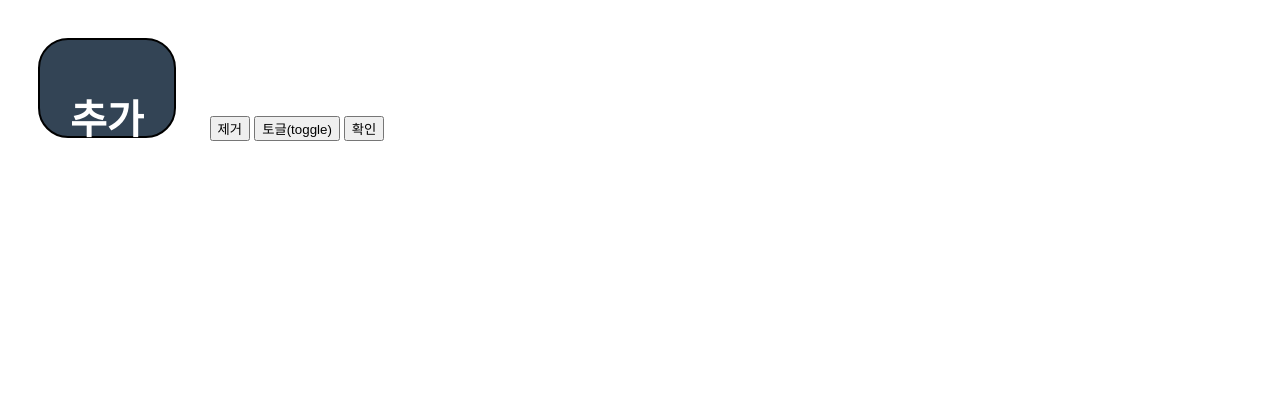
Repository: SeungjaeYu/webstudy
Page: webstudy/14_javascript/ch07_style/test04.html
The author's editor kept a copy of each file at every save. The page is drawn from the files as they stood at one save, then again after the next save.
The browser window is 1280 px wide. The pictures show the whole page.
After loading, the first visible `button.a` was clicked once.

Above is the page before, as saved 2019-10-01 11:34:51.

After the next save:
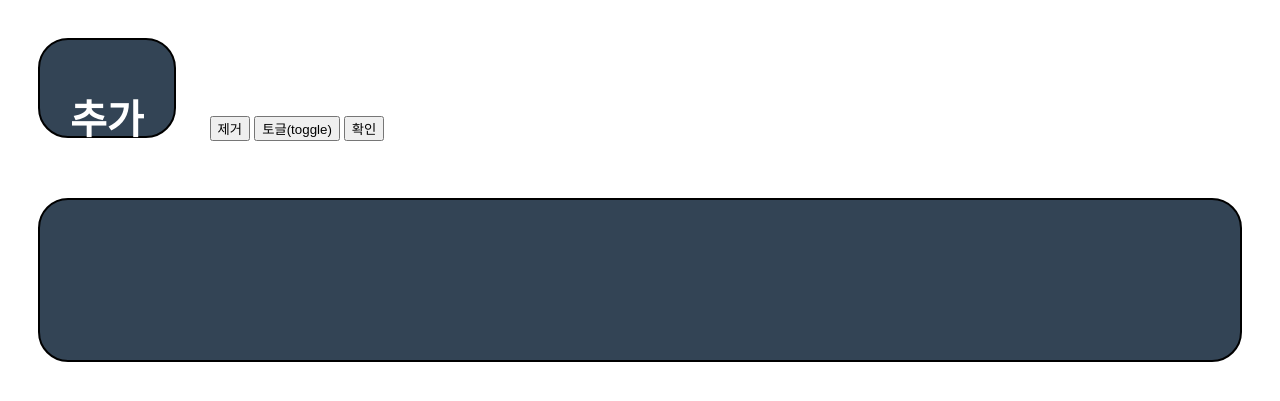
Saved 12 s later.
--- a/webstudy/14_javascript/ch07_style/test04.html
+++ b/webstudy/14_javascript/ch07_style/test04.html
@@ -37,7 +37,7 @@
     <script>
         let divEle = document.querySelector("#result");
         function addClass() {
-            divEle.classList.add();
+            divEle.classList.add("a");
         }
         function removeClass() {}
         function toggleClass() {}
